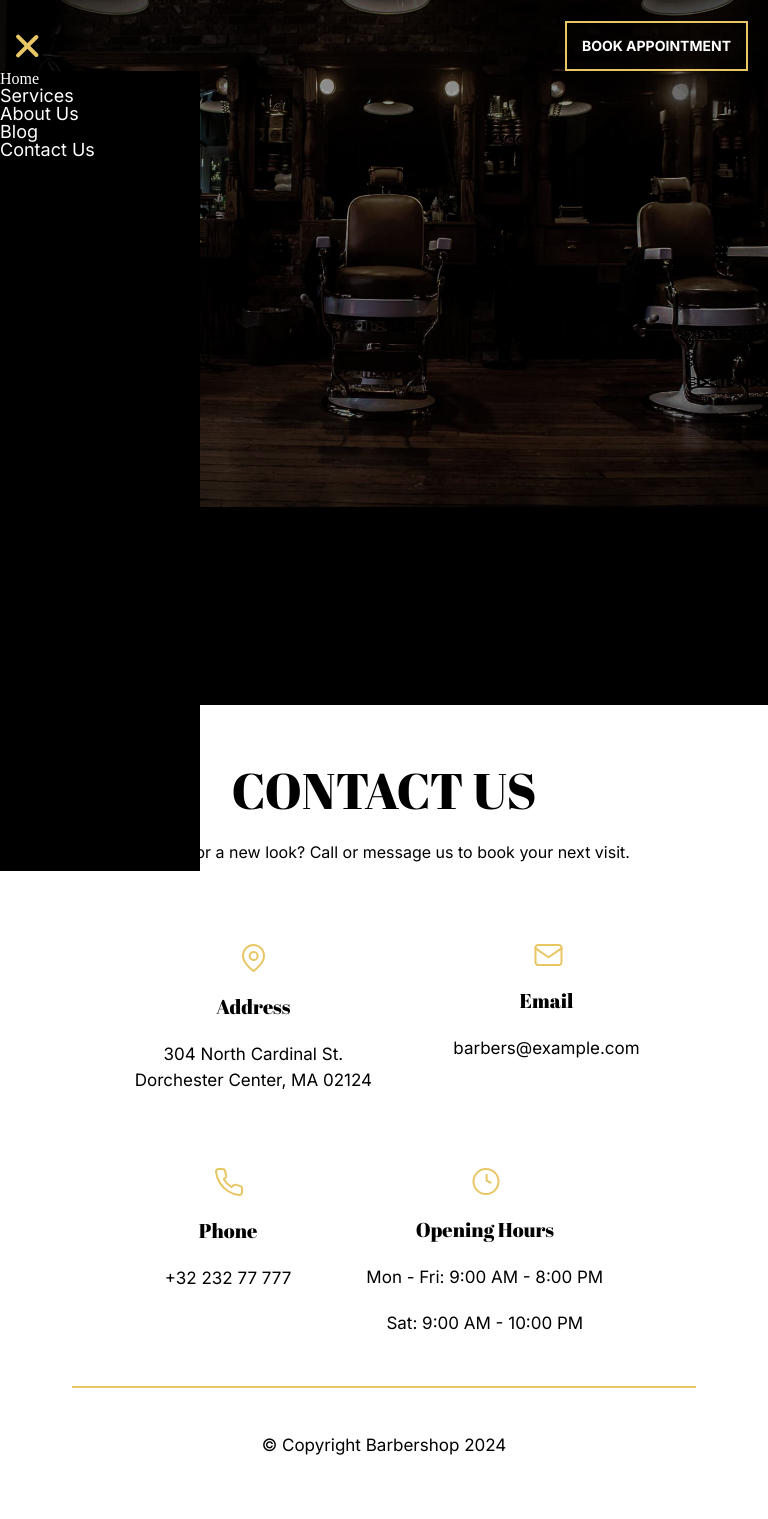
Repository: BogdanLazebnika/barbershop
Page: http://localhost/
The author's editor kept a copy of each file at every save. The page is drawn from the files as they stood at one save, then again after the next save.
The browser window is 768 px wide. The pictures show the whole page.
After loading, the first visible `#burger` was clicked once.
The page is run by PHP 8.4 with error messages shown; the project is at /var/www/html/.

Above is the page before, as saved 2025-07-16 18:38:29.

After the next save:
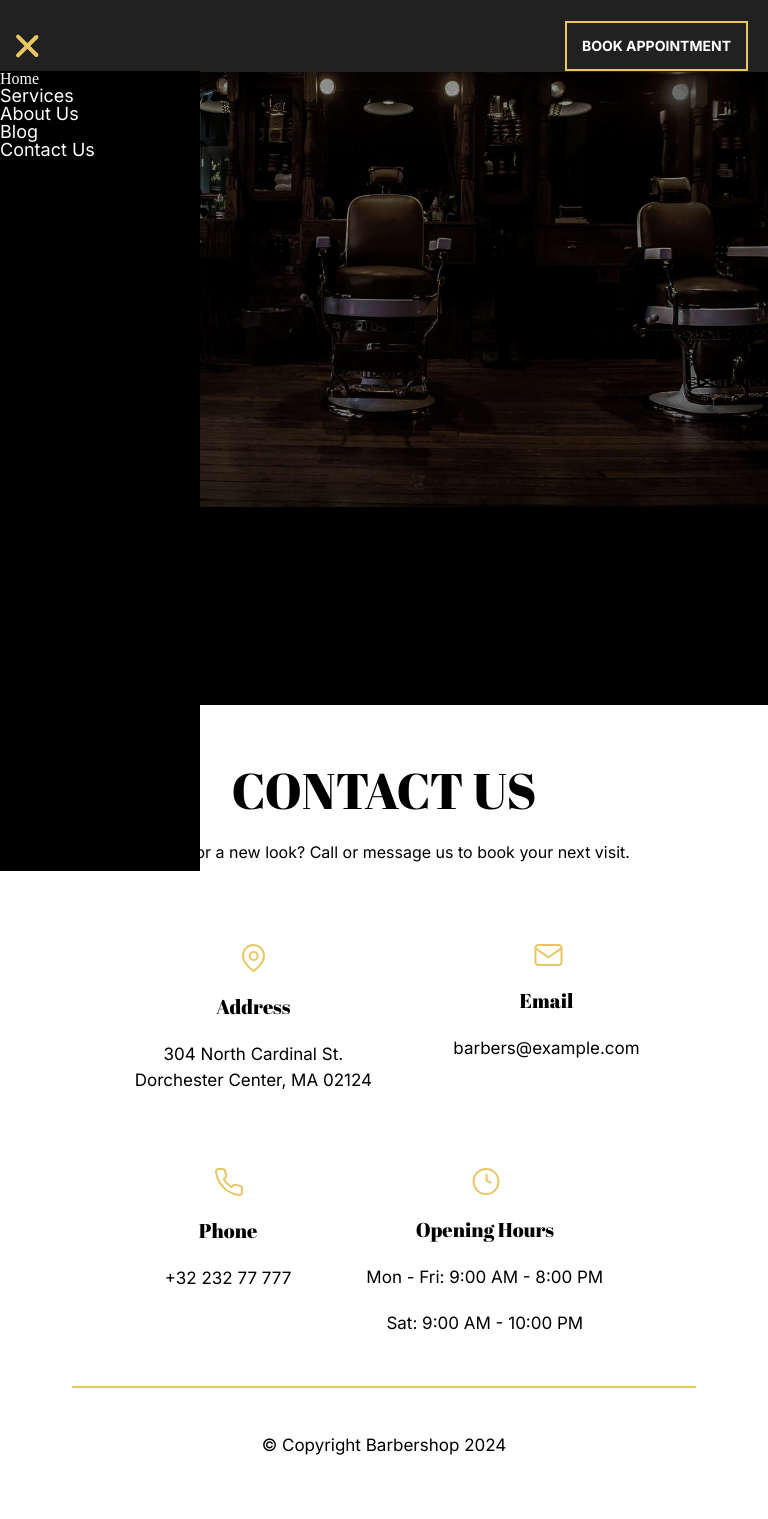
Saved 6 s later.
--- a/assets/css/header.css
+++ b/assets/css/header.css
@@ -215,7 +215,7 @@
         text-decoration: none;
     }
     .header.open {
-        background-color: #;
+        background-color: #212121;
     }
 
 
